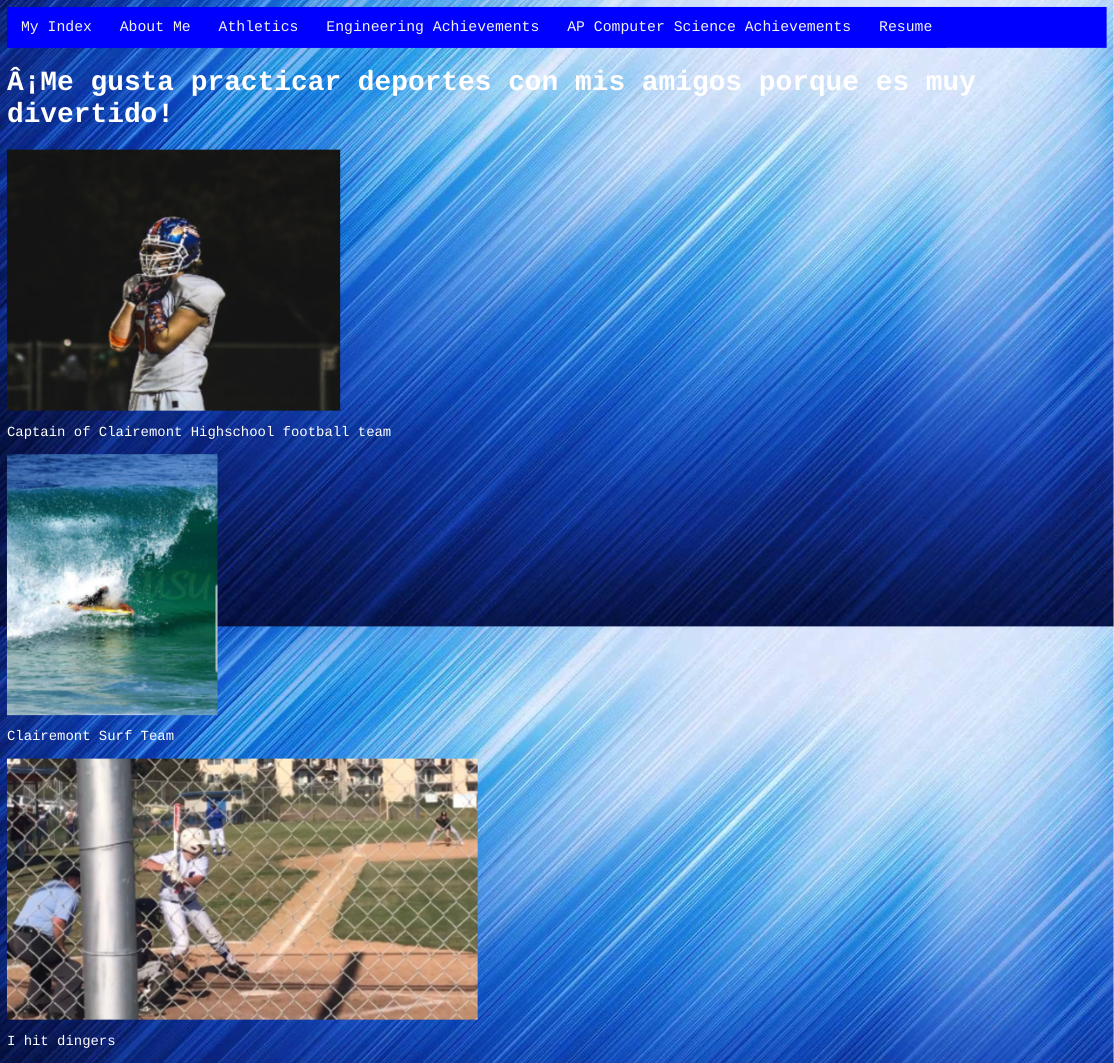
Repository: jacobsirois/jacobsirois.github.io
Page: athletics.html
The author's editor kept a record of every edit. The page is drawn from the files as they stood at one moment, then again after the next edit.
The browser window is 1280 px wide. The pictures show the whole page, at 87% of full size.
Backgrounds fixed to the window are drawn as part of the page.

Above is the page before.
Not found: index.css

After the next edit:
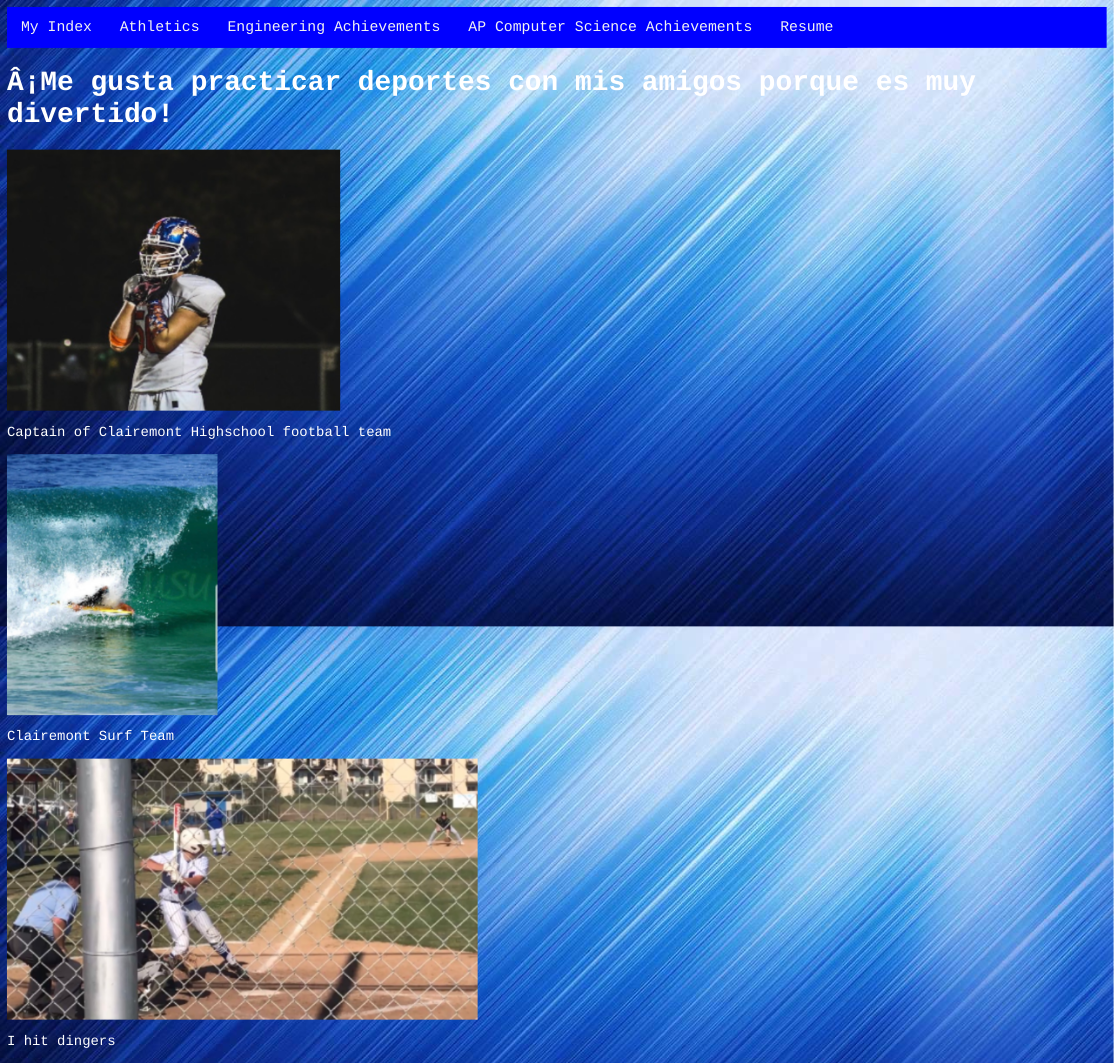
The edit:
--- a/athletics.html
+++ b/athletics.html
@@ -71,7 +71,6 @@
 
 <div class="topnav" id="myTopnav">
   <a href="index.html" class="active">My Index</a>
-  <a href="aboutme.html">About Me</a>
   <a href="athletics.html">Athletics</a>
   <a href="engineering.html">Engineering Achievements</a>
   <a href="compsci.html">AP Computer Science Achievements</a>
